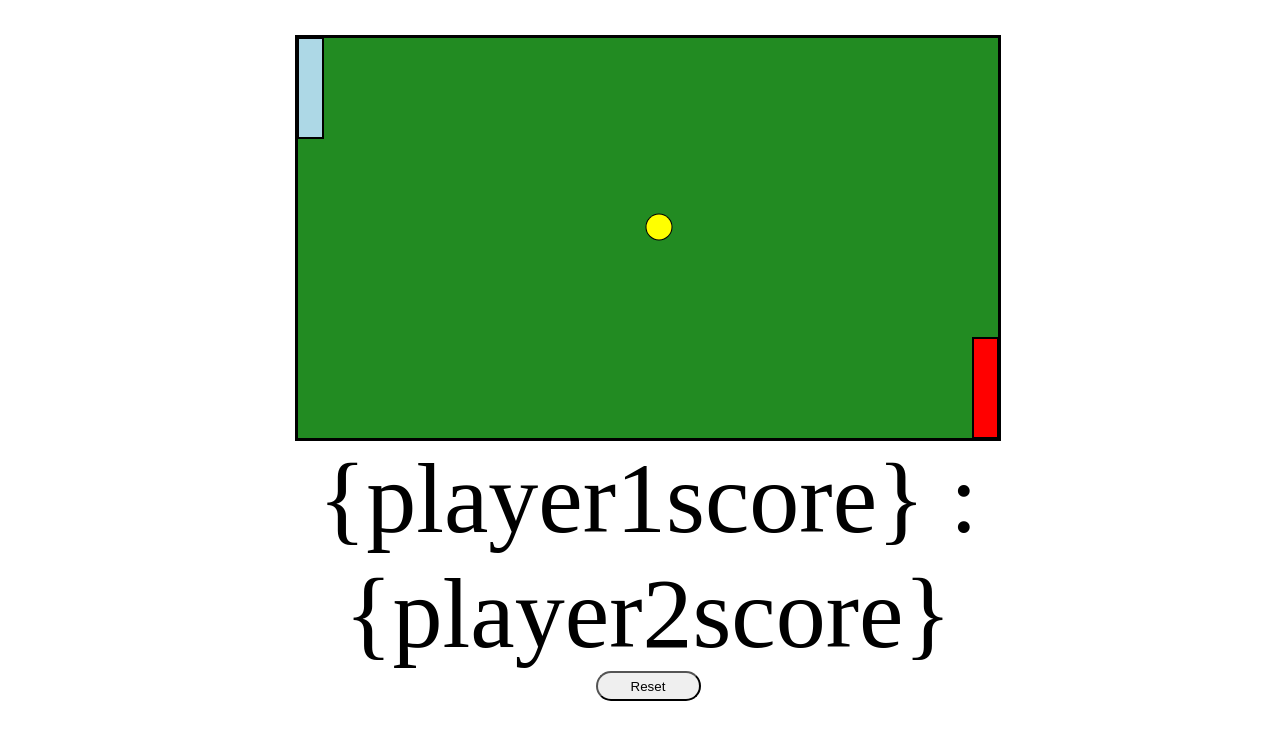
Repository: zacheys123/ping-pong
Page: index.html
The author's editor kept a copy of each file at every save. The page is drawn from the files as they stood at one save, then again after the next save.
The browser window is 1280 px wide. The page is 1288 px wide, so the pictures cover 1288 px, including what lies to the right of the window. The pictures show the whole page.

Above is the page before, as saved 2023-07-01 00:30:29.

After the next save:
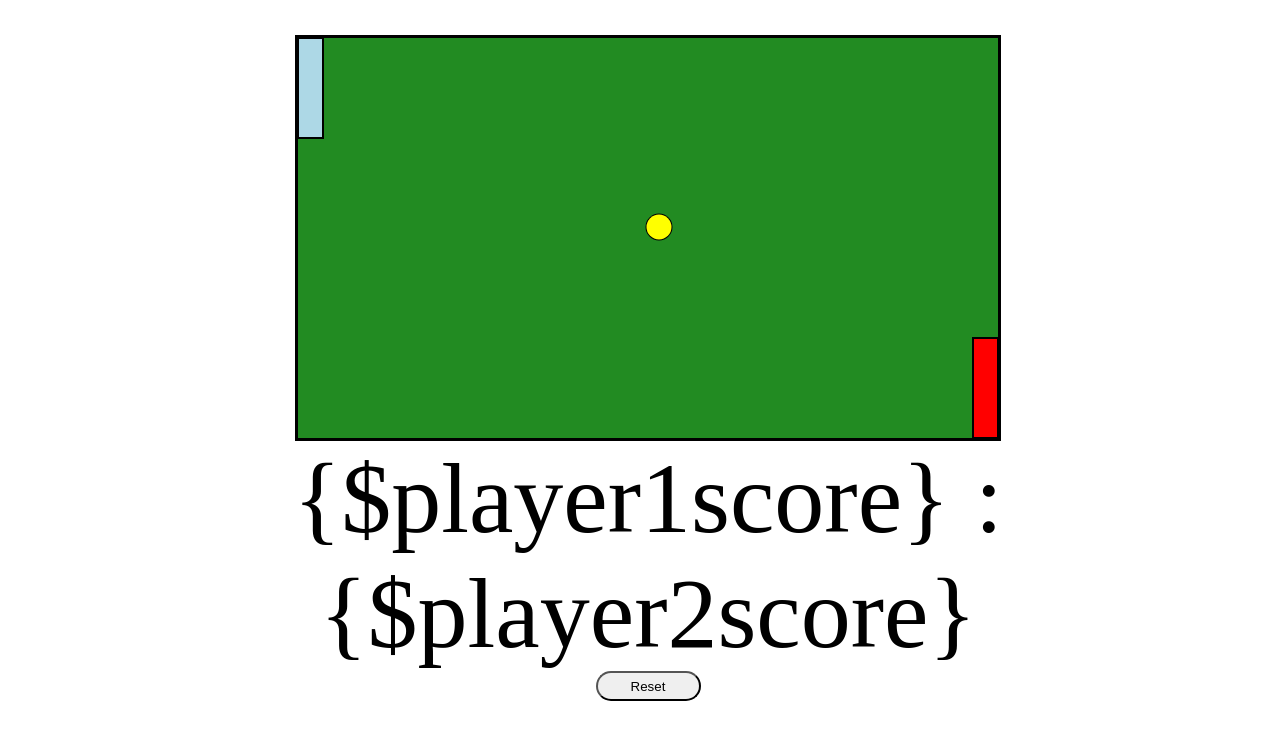
Saved 20 s later.
--- a/index.js
+++ b/index.js
@@ -139,6 +139,6 @@ function drawPaddles() {
 	ctx.strokeRect(paddle2.x, paddle2.y, paddle2.width, paddle2.height);
 }
 function updateScore() {
-	scoreText.textContent = `{player1score} : {player2score}`;
+	scoreText.textContent = `{$player1score} : {$player2score}`;
 }
 function reset() {}
